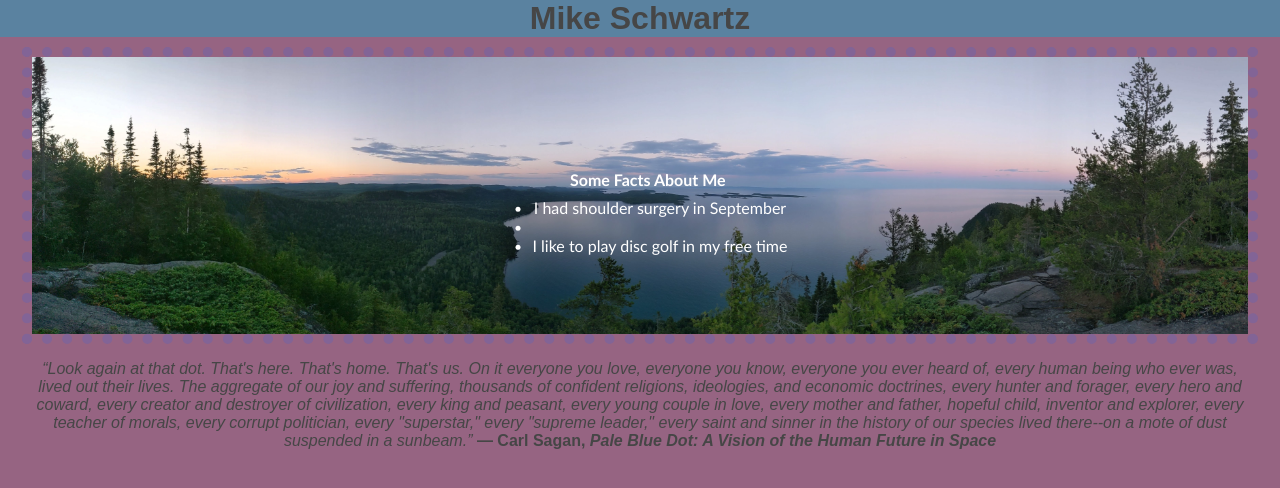
Repository: Ellusionism/prime-pw-week-1-assignment
Page: assignment/index.html
An editor plug-in stored every save of this project. The page is shown before and after a run of saves, followed by the edit.
The browser window is 1280 px wide. The pictures show the whole page.

Above is the page before, as saved 2022-10-26 16:32:04.

### assignment/index.html
<!DOCTYPE html>
<html>
<head>
    <meta charset="utf-8" />
    <meta http-equiv="X-UA-Compatible" content="IE=edge">
    <!-- Change the <title> from "Page Title" to "Hello World" -->
    <title>Hello World</title>
    <meta name="viewport" content="width=device-width, initial-scale=1">

    <link rel="stylesheet" type="text/css" media="screen" href="style.css" />
</head>
<body>
    <!-- Create a header element  -->
    <header>
        <h1 class="name">Mike Schwartz</h1>
    </header>
    <!-- Inside the header, add an <h1> element containing your name -->

    <!-- Include an image -->
    <div class="container">
        <img src="mtjosephine.jpg" alt="Mount Josephine summit view" class="img">
        <h4 class="facts">Some Facts About Me</h4>
        <ul class="facts-list">
            <li>I had shoulder surgery in September</li>
            <li></li>
            <li>I like to play disc golf in my free time</li>
        </ul>
    </div>
    <!-- Create an unordered list with 3 list items of fun facts about you -->

    <!-- Create a footer element -->
    <footer class="fav-quote">
        <p>“Look again at that dot. That's here. That's home. That's us. On it everyone you love, everyone you know, everyone you ever heard of, every human being who ever was, lived out their lives. The aggregate of our joy and suffering, thousands of confident religions, ideologies, and economic doctrines, every hunter and forager, every hero and coward, every creator and destroyer of civilization, every king and peasant, every young couple in love, every mother and father, hopeful child, inventor and explorer, every teacher of morals, every corrupt politician, every "superstar," every "supreme leader," every saint and sinner in the history of our species lived there--on a mote of dust suspended in a sunbeam.”
            <span class="cite">― Carl Sagan,</span><span class="cite-book"> Pale Blue Dot: A Vision of the Human Future in Space</span></p>
    </footer>
    <!-- Inside your footer, put a <p> element with your favorite quote -->
</body>
</html>

### assignment/style.css
/* Give your page a fun background color */
body {
 background-color: rgb(150, 100, 130);
 margin: 0;
 font-family: Arial, Helvetica, sans-serif;
}
/* Make the header and footer a different color from the background */
header {
 background-color: rgb(90, 130, 160);
 margin-bottom: 10px;
}
/* Align the h1 containing your name in the center of the header*/
.name {
 color:rgb(70, 70, 70);
 text-align: center;
 margin: 0;
}
/* Make your p tag a different color and italic */
.fav-quote {
 margin: 0 2.5%;
 color: rgb(70, 70, 70);
 font-style: italic;
 text-align: center;
}

.cite {
 font-style: normal;
 font-weight: bold;
}

.cite-book {
 font-weight: bold;
}
/* Put a border around your image */
.img {
 border: 10px dotted  rgb(130, 100, 150);
 padding: 0;
 display: block;
 margin: auto;
 max-height: 100%;
 max-width: 95%;
}
/* Change the font-family of your list */
.facts {
 color: #fff;
 font-family:'Gill Sans', 'Gill Sans MT', Calibri, 'Trebuchet MS', sans-serif;
 position: absolute;
 top: 50%;
 left: 50%;
 transform: translate(-45%, -250%);
}

.facts-list {
 color: #fff;
 font-family:'Gill Sans', 'Gill Sans MT', Calibri, 'Trebuchet MS', sans-serif;
 position: absolute;
 top: 50%;
 left: 50%;
 transform: translate(-50%, -25%);
}

 .container {
  position: relative;
  text-align: center;
 }

After the next 6 saves:
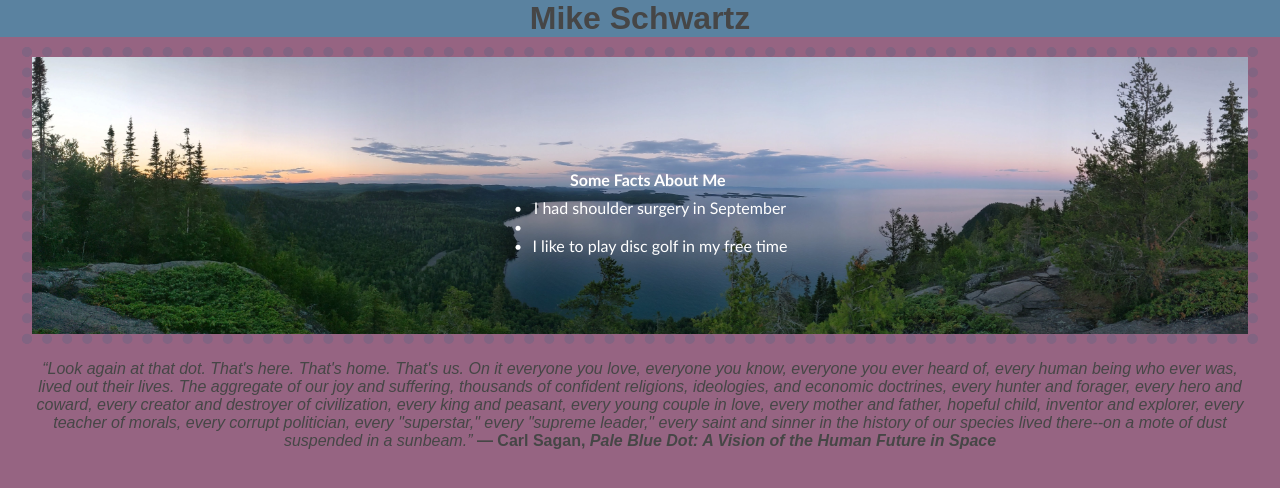
The 6 saves are shown as one change because they came seconds apart.
The last was saved 28 s later.
--- a/assignment/style.css
+++ b/assignment/style.css
@@ -33,7 +33,7 @@ header {
 }
 /* Put a border around your image */
 .img {
- border: 10px dotted  rgb(130, 100, 150);
+ border: 10px dotted  rgb(130, 100, 130);
  padding: 0;
  display: block;
  margin: auto;
